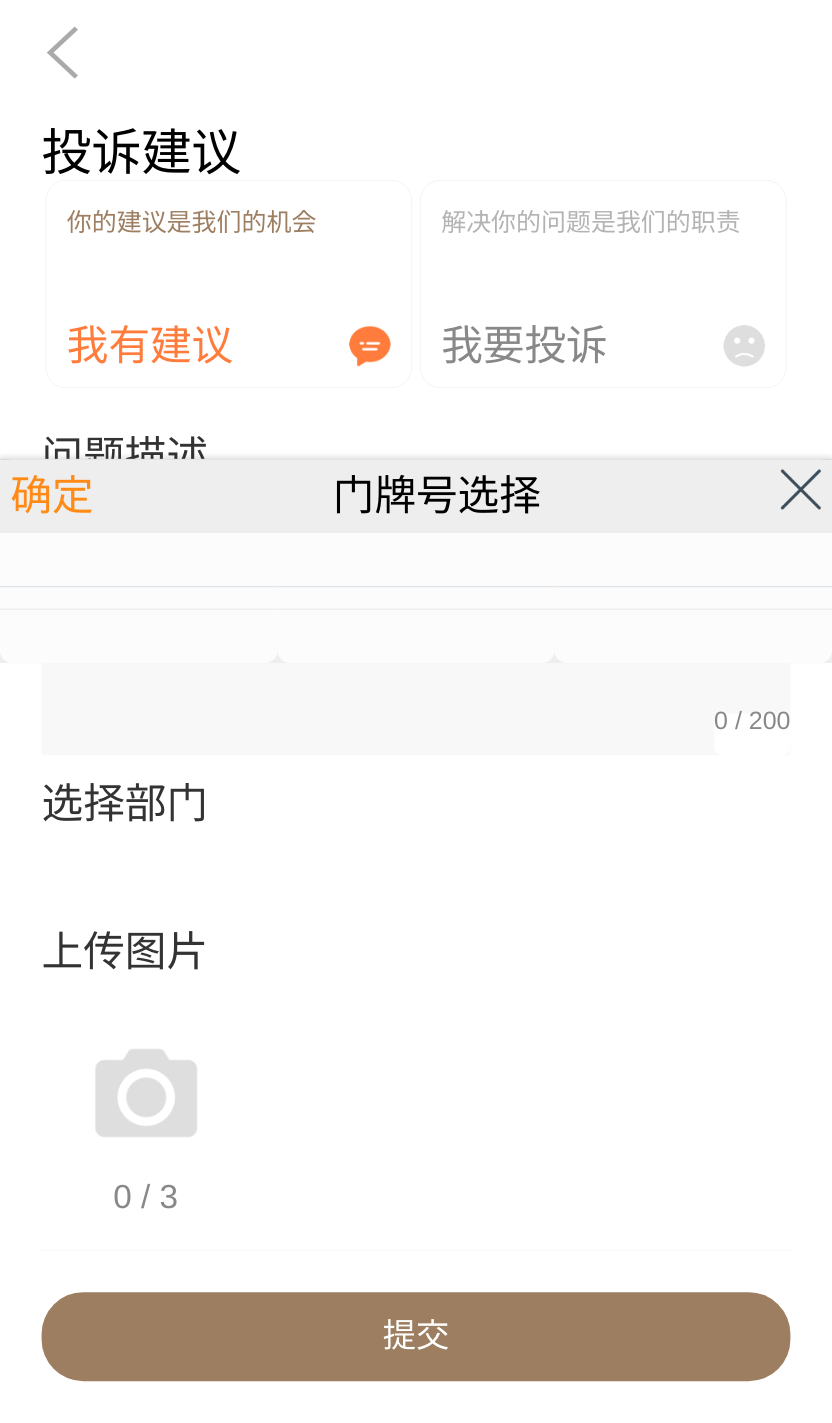
Repository: missing-star/rockBridge
Page: complaint.html
An editor plug-in stored every save of this project. The page is shown before and after the next save, followed by the edit.
The browser window is 1280 px wide. The pictures show the whole page, at 65% of full size.

Above is the page before, as saved 2019-04-19 10:45:21.
Console error: ReferenceError: getNotActivedAddress is not defined

### complaint.html
<!DOCTYPE html>
<html lang="en">

<head>
    <meta charset="UTF-8">
    <meta name="viewport" content="width=device-width, initial-scale=1.0, user-scalable=no,maximum-scale=1.0">
    <meta http-equiv="X-UA-Compatible" content="ie=edge">
    <meta http-equiv="Expires" content="0">
    <meta http-equiv="Pragma" content="no-cache">
    <meta http-equiv="Cache-control" content="no-cache">
    <meta http-equiv="Cache" content="no-cache">
    <link rel="stylesheet" href="assets/mui/css/mui.min.css?v=1.1.0">
    <link rel="stylesheet" href="assets/mui/picker/css/mui.picker.min.css?v=1.1.0">
    <link rel="stylesheet" href="css/common.css?v=1.1.0">
    <link rel="stylesheet" href="css/complaint.css?v=1.1.0">
    <title>叠石桥</title>
    <!--
        意见投诉
    -->
</head>

<body>
    <div id="app">
        <header class="mui-bar mui-bar-nav">
            <i onclick="goBack()" class="mui-icon mui-icon-arrowleft"></i>
        </header>
        <div class="mui-content">
            <header class="packet-title">
                <p>投诉建议</p>
            </header>
            <!--大分类-->
            <div class="classify">
                <div data-type="proposal" class="classify-item active">
                    <p class="title">你的建议是我们的机会</p>
                    <div class="bottom-icon">
                        <span class="title">我有建议</span>
                        <img v-show="currentTab == 'proposal'" class="classify-icon" src="imgs/proposal-active.png" alt="">
                        <img v-show="currentTab == 'complaint'" class="classify-icon" src="imgs/proposal.png" alt="">
                    </div>
                </div>
                <div data-type="complaint" class="classify-item">
                    <p class="title">解决你的问题是我们的职责</p>
                    <div class="bottom-icon">
                        <span class="title">我要投诉</span>
                        <img v-show="currentTab == 'proposal'" class="classify-icon" src="imgs/complaint.png" alt="">
                        <img v-show="currentTab == 'complaint'" class="classify-icon" src="imgs/complaint-active.png"
                            alt="">
                    </div>
                </div>
            </div>
            <p class="title-ques">问题描述</p>
            <div class="question-desc">
                <textarea placeholder="输入您的描述" @input="limitLength" v-model="inputContent" name="" id="" cols="30" rows="10"></textarea>
                <span v-cloak class="amount">{{inputContent.length}} / 200</span>
            </div>
            <!-- <input v-model="selectedNumber" id="number-btn" readonly type="text" class="number-value arrow-right"> -->
            <p class="title-ques">选择部门</p>
            <div class="question-desc">
                <input id="number-btn" readonly type="text" class="number-value arrow-right">
            </div>
            <p class="title-upload">上传图片</p>
            <div class="repair-item upload">
                <div v-for="(item,index) in uploadedImgs" class="upload-item">
                    <img :src="item.src" alt="" class="upload-img-item">
                    <span @click="deleteImg(index)" class="delete-icon">
                    </span>
                </div>
                <div :class="{active:uploadedImgs.length < 3}" class="upload-item upload">
                    <div @click="uploadImg($event)" class="mask-click">
                        <input class="upload-input" hidden type="file" accept="image/*">
                    </div>
                    <img src="imgs/camera.png" alt="" class="camera">
                    <span v-cloak class="imgs-num">{{uploadedImgs.length}} / 3</span>
                </div>
            </div>
            <button @click="submitComplain" class="button-apply">
                提交
            </button>
        </div>
    </div>
    <script src="assets/vue/vue.min.js?v=1.0.2"></script>
    <script src="assets/jquery/jquery.min.js?v=1.0.2"></script>
    <script src="assets/mui/js/mui.min.js?v=1.0.2"></script>
    <script src="assets/mui/picker/js/mui.picker.js?v=1.0.2"></script>
    <script src="assets/mui/picker/js/mui.poppicker.js?v=1.0.2"></script>
    <script src="js/common.js?v=1.0.7.1"></script>
    <script src="js/complaint.js?v=1.0.3"></script>
</body>

</html>

### css/common.css
html,
body,
.mui-content {
    font-size: calc(100vw / 20);
    background: #ffffff;
}
*{
    word-break: break-all;
}
div.mui-content {
    padding: 1rem;
}

header.mui-bar.mui-bar-nav {
    background: #ffffff;
    -webkit-box-shadow: none;
            box-shadow: none;
}

nav.mui-bar.mui-bar-tab {
    background: #ffffff;
    -webkit-box-shadow: 0 0 6px 0 rgba(0, 0, 0, 0.15);
            box-shadow: 0 0 6px 0 rgba(0, 0, 0, 0.15);
}

nva.mui-bar-tab span.mui-tab-label {
    color: #9d7e60;
}

.mui-bar-tab .mui-tab-item.mui-active {
    color: #5f4831;
}

img.mui-icon.nav-bar-icon.active {
    display: inline;
}

img.mui-icon.nav-bar-icon {
    display: none;
}

p {
    margin: 0;
}

input[type=color],
input[type=date],
input[type=datetime-local],
input[type=datetime],
input[type=email],
input[type=month],
input[type=number],
input[type=password],
input[type=search],
input[type=tel],
input[type=text],
input[type=time],
input[type=url],
input[type=week],
select,
textarea {
    margin-bottom: 0;
    width: auto;
    height: auto;
    border: none;
    -webkit-box-flex: 1;
        -ms-flex: 1;
            flex: 1;
    font-size: 0.8rem;
}

input::-webkit-input-placeholder {
    color: #c2c2c2;
}

nav.mui-bar.mui-bar-tab a.mui-tab-item {
    -ms-touch-action: none;
        touch-action: none;
    height: 100%;
}

nav.mui-bar.mui-bar-tab {
    height: 3rem;
}

.mui-bar-tab .mui-tab-item .mui-icon {
    top: 3px;
    width: 1.2rem;
    height: 1.2rem;
    padding-top: 0;
    padding-bottom: 0;
    margin-bottom: 0.1rem;
}

.mui-bar-tab .mui-tab-item .mui-icon~.mui-tab-label {
    font-size: 0.5rem;
    line-height: 1rem;
}

.mui-bar-tab~.mui-content {
    padding-top: 2.5rem;
    padding-bottom: 3rem;
}

button.submit {
    background: #9d7e60;
    width: 100%;
    border: none;
    border-radius: 1rem;
    font-size: 1rem;
    line-height: 1rem;
    color: #fff;
    margin-top: 1rem;
    height: 2rem;
}

button.mui-btn.mui-btn-blue.mui-poppicker-btn-ok,
button.mui-btn.mui-btn-blue {
    color: #ff8b16;
    background: transparent;
    border: none;
    font-size: 1rem;
}

.mui-poppicker-header,
.mui-dtpicker-header {
    border-radius: 0.3rem 0.3rem 0 0;
}

button.mui-btn.mui-poppicker-btn-cancel,
.mui-dtpicker-header button {
    color: #aaaaaa;
    border: none;
    background: transparent;
    font-size: 1rem;
}

button.mui-btn.mui-poppicker-btn-cancel>img,
.mui-dtpicker-header button>img {
    width: 1rem;
}

.mui-picker-inner,
.mui-picker {
    background: #fcfcfc;
    -webkit-mask-box-image: none;
    border-radius: 0 0 0.3rem 0.3rem;
}

.mui-poppicker-body {
    border: none;
    border-radius: 0 0 0.3rem 0.3rem;
}

button.mui-btn {
    color: #aaaaaa;
    border-color: #aaaaaa;
}

.mui-dtpicker-header {
    background: #ffffff;
}

.mui-dtpicker-title h5 {
    display: none;
}

span.mui-popup-button.mui-popup-button-bold {
    color: #FF8B16;
}

span.mui-popup-button {
    color: #aaaaaa;
}

[v-cloak] {
    display: none !important;
}

.mui-poppicker.mui-active,
.mui-dtpicker.mui-active {
    margin: 0.5rem;
    width: calc(100% - 1rem);
    border-radius: 0.3rem;
}

.popicker-title,
.dt-popicker-title {
    -webkit-box-flex: 1;
        -ms-flex: 1;
            flex: 1;
    text-align: center;
    font-size: 1rem;
    color: #000000;
}

.mui-poppicker-header,
.mui-dtpicker-header {
    display: -webkit-box;
    display: -ms-flexbox;
    display: flex;
    -webkit-box-align: center;
        -ms-flex-align: center;
            align-items: center;
    -webkit-box-pack: justify;
        -ms-flex-pack: justify;
            justify-content: space-between;
    background: #eeeeee;
}

.mui-pciker-list li {
    color: #b19c88;
}

.mui-pciker-list li.highlight {
    color: #5f4831;
}

.mui-pciker-rule-ft {
    z-index: 2;
    border-top: solid 1px #ced7de;
    border-bottom: solid 1px #ced7de;
}


input::-webkit-outer-spin-button,
input::-webkit-inner-spin-button {

    -webkit-appearance: none !important;
}

input[type="number"] {
    -moz-appearance: textfield;
}

### css/complaint.css
header.mui-bar.mui-bar-nav {
    height: 2.5rem;
    padding: 0 1rem;
    display: -webkit-box;
    display: -ms-flexbox;
    display: flex;
    -webkit-box-align: center;
        -ms-flex-align: center;
            align-items: center;
}

.mui-bar-nav~.mui-content {
    padding-top: 2.5rem;
}

header.packet-title {
    display: -webkit-box;
    display: -ms-flexbox;
    display: flex;
    -webkit-box-align: center;
        -ms-flex-align: center;
            align-items: center;
    -webkit-box-pack: justify;
        -ms-flex-pack: justify;
            justify-content: space-between;
    margin-top: 1rem;
}

header.packet-title>p:first-child {
    color: #000000;
    font-size: 1.2rem;
}

.mui-bar-nav.mui-bar .mui-icon {
    margin-left: -0.5rem;
    padding: 0;
    font-size: 2rem;
    color: #AAAAAA;
}
button.button-apply {
    width: 100%;
    background:#9D7E60;
    border: none;
    border-radius: 1rem;
    padding: 0.5rem;
    font-size: 0.8rem;
    color: #fff;
    margin-top: 1rem;
}
button.submit-repair.submit-repair{
    background: #9d7e60;
}
.classify {
    margin-top: 1rem;
    display: -webkit-box;
    display: -ms-flexbox;
    display: flex;
    -webkit-box-align: center;
        -ms-flex-align: center;
            align-items: center;
    -ms-flex-pack: distribute;
        justify-content: space-around;
    height: 4rem;
    margin-bottom: 1rem;
}
.classify-item span.title {
    color: #888888;
    font-size: 1rem;
    line-height: 1rem;
}
.classify-item.active span.title{
    color: #ff7c3c;
}
.ques-item span.checkbox {
    border-radius: 0.1rem;
    background-color:#dedede;
    background-image: url(../imgs/checked.png);
    background-repeat: no-repeat;
    background-size: 0.8rem;
    background-position: center center;
    width: 1rem;
    height: 1rem;
    display: block;
    margin-right: 0.8rem;
}
.classify-item {
    position: relative;
    display: -webkit-box;
    display: -ms-flexbox;
    display: flex;
    -webkit-box-orient: vertical;
    -webkit-box-direction: normal;
        -ms-flex-direction: column;
            flex-direction: column;
    -webkit-box-pack: justify;
        -ms-flex-pack: justify;
            justify-content: space-between;
    position: relative;
    border: 1px solid rgba(237,237,237,1);
    border-radius: 0.5rem;
    width: 49%;
    height: 5rem;

}
.ques-item.active span.checkbox {
    background-color: #ff7c3c;
}
.ques-item.active p{
    color: #ff7c3c;
}
.mask-click,.mask-click-sub {
    position: absolute;
    left: 0;
    top: 0;
    width: 100%;
    height: 100%;
    background: transparent;
}
.ques-classify {
    display: none;
}
.ques-classify.active{
    display: -webkit-box;
    display: -ms-flexbox;
    display: flex;
}
.classify.sub>.classify-item {
    margin-bottom: 1.5rem;
}
p.classify-title,p.title-upload,p.title-ques {
    color: #333;
    font-size: 1rem;
    padding: 1rem 0;
}
.question-desc {
    position: relative;
}
p.title {
    border-bottom: 1px solid #f6f6f6;
    padding: 0.5rem;
    font-size: 0.8rem;
    line-height: 1rem;
    color: #333333;
}
textarea {
    width: 100%;
    height: 6rem;
}
textarea {
    width: 100%;
    height: 6rem;
    font-size: 0.8rem;
    line-height: 1.2rem;
    padding: 0.5rem;
    color: #888888;
    background: #F8F8F8;
    padding-bottom: 1rem;
}
textarea::-webkit-scrollbar{
    width: 0;
    height: 0;
}
span.amount {
    display: block;
    text-align: right;
    color: #888888;
    font-size: 0.6rem;
    position: absolute;
    bottom: 0;
    right: 0;
    background: #ffffff;
    height: 1rem;
    border-radius: 0.2rem;
}
.upload-container {
    position: relative;
    background: url(../imgs/camera.png) no-repeat;
    width: 20vw;
    height: 20vw;
    background-size: 80%;
    background-position: center;
}
.mask-upload {
    position: absolute;
    background: transparent;
    width: 100%;
    height: 100%;
}
img.upload-img {
    width: 100%;
    height: 100%;
}
.upload-container.no-bg {
    background: none;
}
img.classify-icon {
    width: 1rem;
}

.classify-item>p.title{
    font-size: 0.6rem;
    line-height: 1rem;
    color: #b3b3b3;
    border: none;
    white-space: nowrap;
    overflow: hidden;
    text-overflow: ellipsis;
}
.classify-item.active>p.title {
    color: #9D7E60;
}
.bottom-icon {
    display: -webkit-box;
    display: -ms-flexbox;
    display: flex;
    -webkit-box-align: center;
        -ms-flex-align: center;
            align-items: center;
    -webkit-box-pack: justify;
        -ms-flex-pack: justify;
            justify-content: space-between;
    padding: 0.5rem;
    font-size: 1rem;
}
ul.ques-classify.active {
    margin: 0;
    list-style: none;
    padding: 0 1rem;
    display: -webkit-box;
    display: -ms-flexbox;
    display: flex;
    -webkit-box-align: center;
        -ms-flex-align: center;
            align-items: center;
    -webkit-box-pack: justify;
        -ms-flex-pack: justify;
            justify-content: space-between;
    -ms-flex-wrap: wrap;
        flex-wrap: wrap;
}
li.ques-item {
    display: -webkit-box;
    display: -ms-flexbox;
    display: flex;
    -webkit-box-align: center;
        -ms-flex-align: center;
            align-items: center;
    width: 50%;
    margin-bottom: 1.5rem;
}
div.repair-item {
    border-bottom: 1px solid #f6f6f6;
    padding: 0.5rem 0;
    display: -webkit-box;
    display: -ms-flexbox;
    display: flex;
    -webkit-box-align: center;
        -ms-flex-align: center;
            align-items: center;
}
.upload-item.upload.active {
    display: -webkit-box;
    display: -ms-flexbox;
    display: flex;
}
.upload-item.upload {
    display: none;
}
.upload-item {
    position: relative;
    width: 25vw;
    height: 25vw;
    display: -webkit-box;
    display: -ms-flexbox;
    display: flex;
    -webkit-box-align: center;
        -ms-flex-align: center;
            align-items: center;
    -webkit-box-orient: vertical;
    -webkit-box-direction: normal;
        -ms-flex-direction: column;
            flex-direction: column;
    -ms-flex-pack: distribute;
        justify-content: space-around;
    margin-right: 5vw;
}
.mask-click {
    position: absolute;
    width: 100%;
    height: 100%;
    background: transparent;
    z-index: 1;
}
img.camera {
    width: 50%;
}
span.imgs-num {
    font-size: 0.8rem;
    color: #888888;
}
.upload-img-item {
    width: 100%;
    height: 100%;
}
span.delete-icon {
    background-color: #f52d1e;
    display: block;
    width: 1rem;
    height: 1rem;
    position: absolute;
    right: -0.5rem;
    top: -0.5rem;
    border-radius: 50%;
    background-image: url(../imgs/delete-icon.png);
    background-repeat: no-repeat;
    background-size: 0.5rem;
    background-position: center;
}

### js/common.js
//保存用户还是商家版的变量 currentRole:[Number 0| Number 1] 0:user 1:business
if (!parseInt(sessionStorage.getItem('currentRole'))) {
    sessionStorage.setItem('currentRole', 0);
}
//用户是否可以切换角色
if (!sessionStorage.getItem('switchRole')) {
    sessionStorage.setItem('switchRole', 0);
}


function pageLink(url) {
    mui.openWindow({
        url: url
    })
}
//返回
function goBack() {
    window.history.go(-1);
}

mui('body').on('tap', 'a', function () {
    if (this.href != 'javascript:;') {
        mui.openWindow({
            url: this.href
        });
    }
});

//解析url参数
function getParams() {
    var list = location.search.substring(1).split('&');
    var param = {};
    list.forEach(function (value, index) {
        var temp = value.split('=');
        param[temp[0]] = temp[1];
    });
    return param;
}

//域名
var rootUrl = 'http://dieshiqiao.pzhkj.cn';

//将时间戳转换为时间（年-月-日）
function transformTime(timeStat,flag) {
    var date = new Date(parseInt(timeStat * 1000));
    var year = date.getFullYear();
    var month = date.getMonth() + 1;
    if (month < 10) {
        month = '0' + month;
    }
    var day = date.getDate();
    if (day < 10) {
        day = '0' + day;
    }
    var hour = date.getHours();
    if(hour < 10) {
        hour = '0' + hour;
    }
    var minute = date.getMinutes();
    if(minute < 10) {
        minute = '0' + minute;
    }
    var second = date.getSeconds();
    if(second < 10) {
        second = '0' + second;
    }
    if(flag) {
        return year + '-' + month + '-' + day + ' ' + hour + ':' + minute + ':' +second;
    }
    return year + '-' + month + '-' + day;
}

function replaceSpace(str) {
    //替换空格
    return str.replace(/\s+/g, "");
}

function validatePhone(phone) {
    var regPhone = /^1\d{9}\d$/;
    return regPhone.test(phone);
}

function limitLength(str, min, max) {
    return str.substring(min, max);
}
//倒计时
function countTime(str) {
    //获取当前时间
    var date = new Date();
    var now = date.getTime();

    var createDate = new Date(str);

    var cre = createDate.getTime();

    //时间差

    var leftTime = cre - now;
    //定义变量 d,h,m,s保存倒计时的时间

    var d, h, m, s;

    if (leftTime >= 0) {
        d = Math.floor(leftTime / 1000 / 60 / 60 / 24);
        h = Math.floor(leftTime / 1000 / 60 / 60 % 24);
        m = Math.floor(leftTime / 1000 / 60 % 60);
        s = Math.floor(leftTime / 1000 % 60);
        return `${d}天${h}小时${m}分${s}秒`;
    } else {
        return '';
    }
}

function validateUser() {
    if (sessionStorage.getItem('user') && sessionStorage.getItem('user') != `""`) {
        return true;
    } else {
        return false;
    }
}

function validateUserPhone() {
    if (JSON.parse(sessionStorage.getItem('user')).users.phone) {
        return true;
    } else {
        return false;
    }
}

function sortByPro(pro, flag) {
    //flag:true=>升序 false:降序
    return function (a, b) {
        return function (a, b) {
            return flag ? a[prop] - b[prop] : b[prop] - a[prop];
        }
    }
}

/**
 * 获得历史搜索记录
 */

 function getSearchHistory() {
     var result = [];
     $.ajax({
         url:`${rootUrl}/index/api/getSerachLog`,
         async:false,
         type:'post',
         success:function(data) {
            result = data.result.map(function(item,i) {
                return item.keywords;
            });
         },
         error:function() {
             mui.toast('服务器异常');
         }
     });
     return result;
 }

 function goLogin(type) {
     if(type == 1) {
         //维修员
        mui.openWindow({
            url:`${rootUrl}/index/api/getWxLogin`
        });
        }
     else {
         //商户
        mui.openWindow({
            url:`${rootUrl}/index/api/getWxRepairmanLogin`
        });
     }
 }


function getUserInfo() {
    $.ajax({
        url: `${rootUrl}/index/api/getMyCenter`,
        type: 'post',
        async: false,
        datType: 'json',
        success: function (data) {
            if (data.status == 1) {
                sessionStorage.setItem('user', JSON.stringify(data.result));
                userData = data.result;
                if (data.result.shop_id > 0) {
                    sessionStorage.setItem('switchRole', 1);
                } else {
                    sessionStorage.setItem('switchRole', 0);
                }
            } else if (data.status == 202) {
                goLogin();
            }
        },
        error: function () {
            mui.toast('服务器异常！');
        }
    })
}

(function ($, doc) {
    $.init();
    $.ready(function () {
        var numberPicker = new mui.PopPicker({
            layer: 3,
            title: '门牌号选择'
        });
        var data = getNotActivedAddress().map(function (province, i) {
            return {
                value: province.id,
                text: province.cate_name,
                children: province.children.map(function (city, j) {
                    return {
                        value: city.id,
                        text: city.cate_name,
                        children: city.children.map(function (district, k) {
                            return {
                                value: district.id,
                                text: district.address
                            }
                        })
                    }
                })
            }
        });
        numberPicker.setData(data);
        var eventBtn = doc.getElementById('number-btn');
        eventBtn.addEventListener('tap', function (event) {
            numberPicker.show(function (items) {
                if (!items[2].value) {
                    mui.toast('无效地址!');
                    return false;
                }
                vm.selectedId = items[2].value;
                vm.selectedNumber = items[0].text + items[1].text + items[2].text;
                getNotActivdShops(vm.selectedId);
            });
        }, false);
    });
})(mui, document);

Loaded but not shown: assets/mui/css/mui.min.css (library); assets/mui/picker/css/mui.picker.min.css (library); assets/vue/vue.min.js (library); assets/jquery/jquery.min.js (library); assets/mui/js/mui.min.js (library); assets/mui/picker/js/mui.picker.js (389 lines, source omitted); assets/mui/picker/js/mui.poppicker.js (163 lines, source omitted); js/complaint.js (110 lines, source omitted)

After the next save:
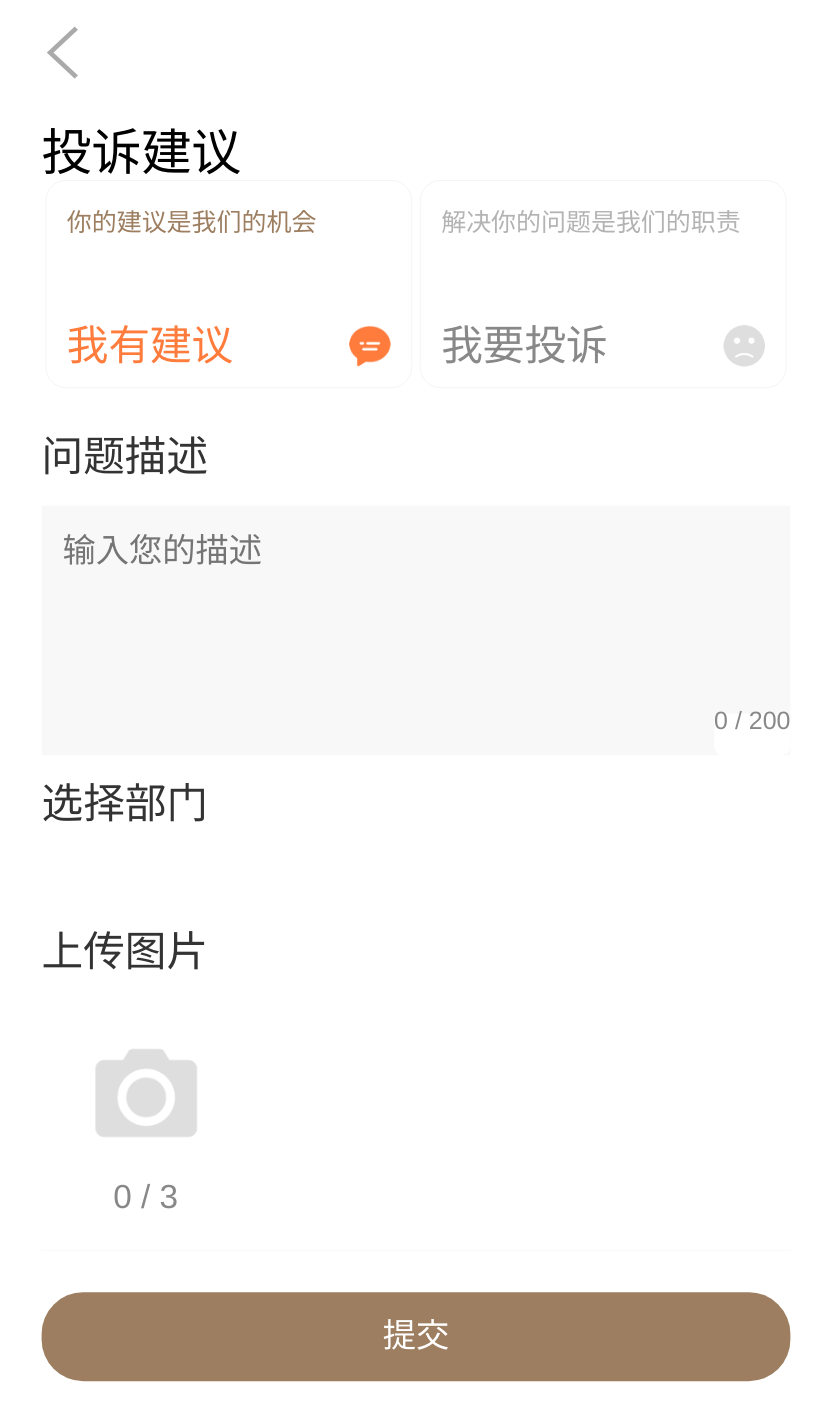
The error is gone.
Saved 50 s later.
--- a/js/common.js
+++ b/js/common.js
@@ -198,44 +198,3 @@ function getUserInfo() {
         }
     })
 }
-
-(function ($, doc) {
-    $.init();
-    $.ready(function () {
-        var numberPicker = new mui.PopPicker({
-            layer: 3,
-            title: '门牌号选择'
-        });
-        var data = getNotActivedAddress().map(function (province, i) {
-            return {
-                value: province.id,
-                text: province.cate_name,
-                children: province.children.map(function (city, j) {
-                    return {
-                        value: city.id,
-                        text: city.cate_name,
-                        children: city.children.map(function (district, k) {
-                            return {
-                                value: district.id,
-                                text: district.address
-                            }
-                        })
-                    }
-                })
-            }
-        });
-        numberPicker.setData(data);
-        var eventBtn = doc.getElementById('number-btn');
-        eventBtn.addEventListener('tap', function (event) {
-            numberPicker.show(function (items) {
-                if (!items[2].value) {
-                    mui.toast('无效地址!');
-                    return false;
-                }
-                vm.selectedId = items[2].value;
-                vm.selectedNumber = items[0].text + items[1].text + items[2].text;
-                getNotActivdShops(vm.selectedId);
-            });
-        }, false);
-    });
-})(mui, document);
